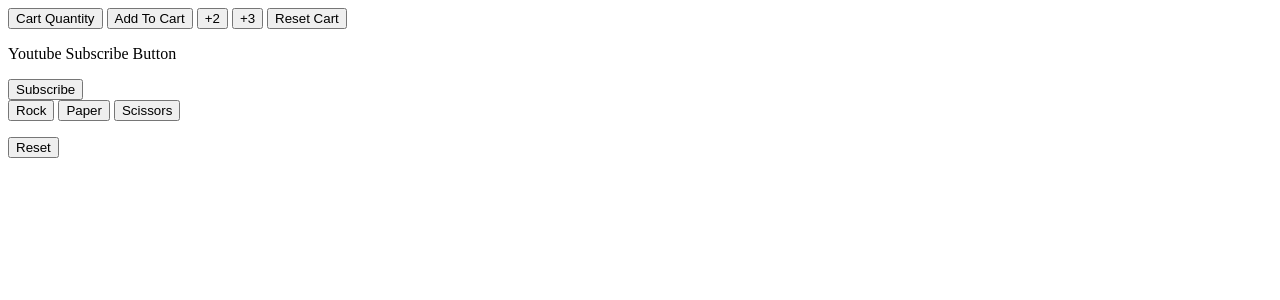
Repository: EguJaredoBoyd/Jared-Learning-Projects
Page: javascript-tutorial.html
The author's editor kept a copy of each file at every save. The page is drawn from the files as they stood at one save, then again after the next save.
The browser window is 1280 px wide. The pictures show the whole page.

Above is the page before, as saved 2025-07-04 21:43:57.
Console error: ReferenceError: newResult is not defined

### javascript-tutorial.html
<!DOCTYPE html>
<html lang="en">
<head>
    <meta charset="UTF-8">
    <meta name="viewport" content="width=device-width, initial-scale=1.0">
    <title>Document</title>
    <script src="javacript-tutorial.js" defer></script>
</head>
<body>
    <main>
        <section>
            <button onclick="cartDisplay()">Cart Quantity</button>
            <button onclick="addCart();
            cartDisplay()">Add To Cart</button>
            <button onclick="addCart2();
            cartDisplay()">+2</button>
            <button onclick="addCart3();
            cartDisplay()">+3</button>
            <button onclick="cartReset();
            cartDisplay()">Reset Cart</button>

            <p id="cart-quantity"></p>
            <p>Youtube Subscribe Button</p>
            <button onclick="subscribe()" class="sub-button">Subscribe</button>
        </section>

        <section>
            <button onclick="selectRock()" class="rock">Rock</button>
            <button onclick="selectPaper()">Paper</button>
            <button onclick="selectScissors()">Scissors</button>
            <p class="win-paragraph"></p>
            <p class="move-paragraph"></p>
            <p class="score-paragraph"></p>
            <button onclick="selectReset()">Reset</button>
        </section>
    </main>

</body>
</html>

### javacript-tutorial.js
let cartQuantity = 0;
function cartDisplay(){
    document.getElementById('cart-quantity').innerHTML = cartQuantity;
};

function addCart(){
    cartQuantity = cartQuantity + 1;
};

function addCart2(){
    cartQuantity += 2;
};

function addCart3(){
    cartQuantity += 3;
};

function cartReset(){
    alert("Cart has been reset");
    cartQuantity = 0;
};

function subscribe () {
    let subClick = document.querySelector('.sub-button');
        if (subClick.innerHTML === 'Subscribe') {
            subClick.innerHTML = 'Subscribed';
        } else{
            subClick.innerHTML = 'Subscribe'

        }
    }




let computerMove = '';
let score = {
    wins: 0,
    losses: 0,
    ties: 0
};
let result = '';
let newScore, valueOne, valueTwo, outcomeOne, outcomeTwo;

// ✅ Fix 1: Load saved score if it exists in localStorage
const storage = localStorage.getItem('gameScore');
if (storage) {
    score = JSON.parse(storage);
}

console.log(score); // Optional: Just to confirm score is loaded

function selectRock() {
    // ✅ Fix 2: New random number every time the function runs
    let randomNumber = Math.random();

    if (randomNumber >= 0 && randomNumber < 1 / 3) {
        computerMove = 'rock';
    } else if (randomNumber >= 1 / 3 && randomNumber < 2 / 3) {
        computerMove = 'paper';
    } else {
        computerMove = 'scissors';
    }


    if (computerMove === 'rock') {
        result = 'tie';
    } else if (computerMove === 'paper') {
        result = 'lose';
    } else if (computerMove === 'scissors') {
        result = 'win';
    }

    let newResult = '';
    if (result === 'win') {
        score.wins += 1;
        newResult = 'wins!';
    } else if (result === 'lose') {
        score.losses += 1;
        newResult = 'losses!';
    } else {
        score.ties += 1;
        newResult = 'ties!';
    }

    // ✅ Fix 3: Save updated score to localStorage
    localStorage.setItem('gameScore', JSON.stringify(score));



    if (newResult === 'wins!') {
        newScore = score.wins;
        valueOne = score.losses;
        outcomeOne = 'losses';
        valueTwo = score.ties;
        outcomeTwo = 'ties';
    } else if (newResult === 'losses!') {
        newScore = score.losses;
        valueOne = score.wins;
        outcomeOne = 'wins';
        valueTwo = score.ties;
        outcomeTwo = 'ties';
    } else {
        newScore = score.ties;
        valueOne = score.wins;
        outcomeOne = 'wins';
        valueTwo = score.losses;
        outcomeTwo = 'losses';
    }

    alert(`You picked rock and the computer picked ${computerMove}, you ${result}!
You have ${newScore} ${newResult}, ${valueOne} ${outcomeOne}, and ${valueTwo} ${outcomeTwo}`);

}

function selectPaper() {
    let randomNumber = Math.random();

    if (randomNumber >= 0 && randomNumber < 1 / 3) {
        computerMove = 'rock';
    } else if (randomNumber >= 1 / 3 && randomNumber < 2 / 3) {
        computerMove = 'paper';
    } else {
        computerMove = 'scissors';
    }

    let result = '';
    if (computerMove === 'paper') {
        result = 'tie';
    } else if (computerMove === 'scissors') {
        result = 'lose';
    } else if (computerMove === 'rock') {
        result = 'win';
    }

    let newResult = '';
    if (result === 'win') {
        score.wins += 1;
        newResult = 'wins!';
    } else if (result === 'lose') {
        score.losses += 1;
        newResult = 'losses!';
    } else {
        score.ties += 1;
        newResult = 'ties!';
    }

    localStorage.setItem('gameScore', JSON.stringify(score));

    let newScore, valueOne, valueTwo, outcomeOne, outcomeTwo;

    if (newResult === 'wins!') {
        newScore = score.wins;
        valueOne = score.losses;
        outcomeOne = 'losses';
        valueTwo = score.ties;
        outcomeTwo = 'ties';
    } else if (newResult === 'losses!') {
        newScore = score.losses;
        valueOne = score.wins;
        outcomeOne = 'wins';
        valueTwo = score.ties;
        outcomeTwo = 'ties';
    } else {
        newScore = score.ties;
        valueOne = score.wins;
        outcomeOne = 'wins';
        valueTwo = score.losses;
        outcomeTwo = 'losses';
    }

    alert(`You picked paper and the computer picked ${computerMove}, you ${result}!
You have ${newScore} ${newResult}, ${valueOne} ${outcomeOne}, and ${valueTwo} ${outcomeTwo}`);
}

function selectScissors() {
    let randomNumber = Math.random();

    if (randomNumber >= 0 && randomNumber < 1 / 3) {
        computerMove = 'rock';
    } else if (randomNumber >= 1 / 3 && randomNumber < 2 / 3) {
        computerMove = 'paper';
    } else {
        computerMove = 'scissors';
    }

    let result = '';
    if (computerMove === 'scissors') {
        result = 'tie';
    } else if (computerMove === 'rock') {
        result = 'lose';
    } else if (computerMove === 'paper') {
        result = 'win';
    }

    let newResult = '';
    if (result === 'win') {
        score.wins += 1;
        newResult = 'wins!';
    } else if (result === 'lose') {
        score.losses += 1;
        newResult = 'losses!';
    } else {
        score.ties += 1;
        newResult = 'ties!';
    }

    localStorage.setItem('gameScore', JSON.stringify(score));

    let newScore, valueOne, valueTwo, outcomeOne, outcomeTwo;

    if (newResult === 'wins!') {
        newScore = score.wins;
        valueOne = score.losses;
        outcomeOne = 'losses';
        valueTwo = score.ties;
        outcomeTwo = 'ties';
    } else if (newResult === 'losses!') {
        newScore = score.losses;
        valueOne = score.wins;
        outcomeOne = 'wins';
        valueTwo = score.ties;
        outcomeTwo = 'ties';
    } else {
        newScore = score.ties;
        valueOne = score.wins;
        outcomeOne = 'wins';
        valueTwo = score.losses;
        outcomeTwo = 'losses';
    }

    alert(`You picked scissors and the computer picked ${computerMove}, you ${result}!
You have ${newScore} ${newResult}, ${valueOne} ${outcomeOne}, and ${valueTwo} ${outcomeTwo}`);
}

function selectReset() {
    score = {
        wins: 0,
        losses: 0,
        ties: 0
    };

    // ✅ Fix 4: Clear the score from localStorage too
    localStorage.removeItem('gameScore');

    alert(`Your score has been reset.`);
}

function showMessage () {
    let showRock = document.querySelector('.rock').innerHTML;
    if (showRock === 'Rock') {
        let rock = document.querySelector('.win-paragraph');
        rock.innerHTML = (`You picked rock and the computer picked ${computerMove}, you ${result}!
        You have ${newScore} ${newResult}, ${valueOne} ${outcomeOne}, and ${valueTwo} ${outcomeTwo}`);


    };
}

showMessage();

After the next save:
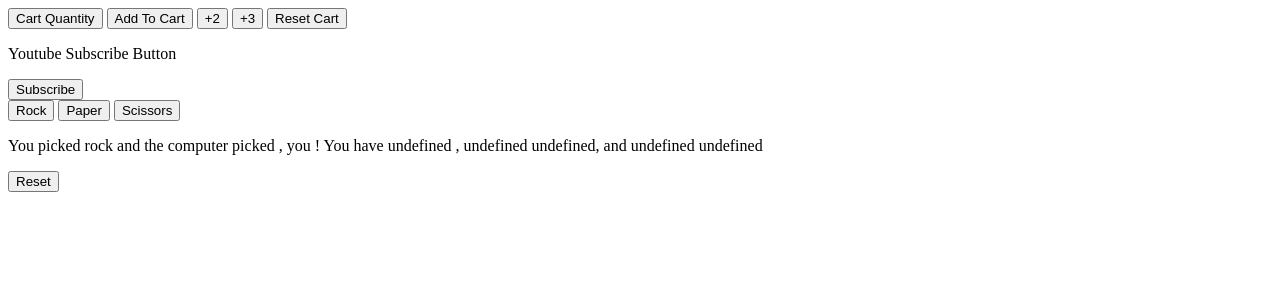
The error is gone.
Saved 34 s later.
--- a/javacript-tutorial.js
+++ b/javacript-tutorial.js
@@ -41,6 +41,7 @@ let score = {
 };
 let result = '';
 let newScore, valueOne, valueTwo, outcomeOne, outcomeTwo;
+let newResult = '';
 
 // ✅ Fix 1: Load saved score if it exists in localStorage
 const storage = localStorage.getItem('gameScore');
@@ -133,6 +134,66 @@ function selectPaper() {
         result = 'win';
     }
 
+
+    if (result === 'win') {
+        score.wins += 1;
+        newResult = 'wins!';
+    } else if (result === 'lose') {
+        score.losses += 1;
+        newResult = 'losses!';
+    } else {
+        score.ties += 1;
+        newResult = 'ties!';
+    }
+
+    localStorage.setItem('gameScore', JSON.stringify(score));
+
+    let newScore, valueOne, valueTwo, outcomeOne, outcomeTwo;
+
+    if (newResult === 'wins!') {
+        newScore = score.wins;
+        valueOne = score.losses;
+        outcomeOne = 'losses';
+        valueTwo = score.ties;
+        outcomeTwo = 'ties';
+    } else if (newResult === 'losses!') {
+        newScore = score.losses;
+        valueOne = score.wins;
+        outcomeOne = 'wins';
+        valueTwo = score.ties;
+        outcomeTwo = 'ties';
+    } else {
+        newScore = score.ties;
+        valueOne = score.wins;
+        outcomeOne = 'wins';
+        valueTwo = score.losses;
+        outcomeTwo = 'losses';
+    }
+
+    alert(`You picked paper and the computer picked ${computerMove}, you ${result}!
+You have ${newScore} ${newResult}, ${valueOne} ${outcomeOne}, and ${valueTwo} ${outcomeTwo}`);
+}
+
+function selectScissors() {
+    let randomNumber = Math.random();
+
+    if (randomNumber >= 0 && randomNumber < 1 / 3) {
+        computerMove = 'rock';
+    } else if (randomNumber >= 1 / 3 && randomNumber < 2 / 3) {
+        computerMove = 'paper';
+    } else {
+        computerMove = 'scissors';
+    }
+
+    let result = '';
+    if (computerMove === 'scissors') {
+        result = 'tie';
+    } else if (computerMove === 'rock') {
+        result = 'lose';
+    } else if (computerMove === 'paper') {
+        result = 'win';
+    }
+
     let newResult = '';
     if (result === 'win') {
         score.wins += 1;
@@ -169,66 +230,6 @@ function selectPaper() {
         outcomeTwo = 'losses';
     }
 
-    alert(`You picked paper and the computer picked ${computerMove}, you ${result}!
-You have ${newScore} ${newResult}, ${valueOne} ${outcomeOne}, and ${valueTwo} ${outcomeTwo}`);
-}
-
-function selectScissors() {
-    let randomNumber = Math.random();
-
-    if (randomNumber >= 0 && randomNumber < 1 / 3) {
-        computerMove = 'rock';
-    } else if (randomNumber >= 1 / 3 && randomNumber < 2 / 3) {
-        computerMove = 'paper';
-    } else {
-        computerMove = 'scissors';
-    }
-
-    let result = '';
-    if (computerMove === 'scissors') {
-        result = 'tie';
-    } else if (computerMove === 'rock') {
-        result = 'lose';
-    } else if (computerMove === 'paper') {
-        result = 'win';
-    }
-
-    let newResult = '';
-    if (result === 'win') {
-        score.wins += 1;
-        newResult = 'wins!';
-    } else if (result === 'lose') {
-        score.losses += 1;
-        newResult = 'losses!';
-    } else {
-        score.ties += 1;
-        newResult = 'ties!';
-    }
-
-    localStorage.setItem('gameScore', JSON.stringify(score));
-
-    let newScore, valueOne, valueTwo, outcomeOne, outcomeTwo;
-
-    if (newResult === 'wins!') {
-        newScore = score.wins;
-        valueOne = score.losses;
-        outcomeOne = 'losses';
-        valueTwo = score.ties;
-        outcomeTwo = 'ties';
-    } else if (newResult === 'losses!') {
-        newScore = score.losses;
-        valueOne = score.wins;
-        outcomeOne = 'wins';
-        valueTwo = score.ties;
-        outcomeTwo = 'ties';
-    } else {
-        newScore = score.ties;
-        valueOne = score.wins;
-        outcomeOne = 'wins';
-        valueTwo = score.losses;
-        outcomeTwo = 'losses';
-    }
-
     alert(`You picked scissors and the computer picked ${computerMove}, you ${result}!
 You have ${newScore} ${newResult}, ${valueOne} ${outcomeOne}, and ${valueTwo} ${outcomeTwo}`);
 }
